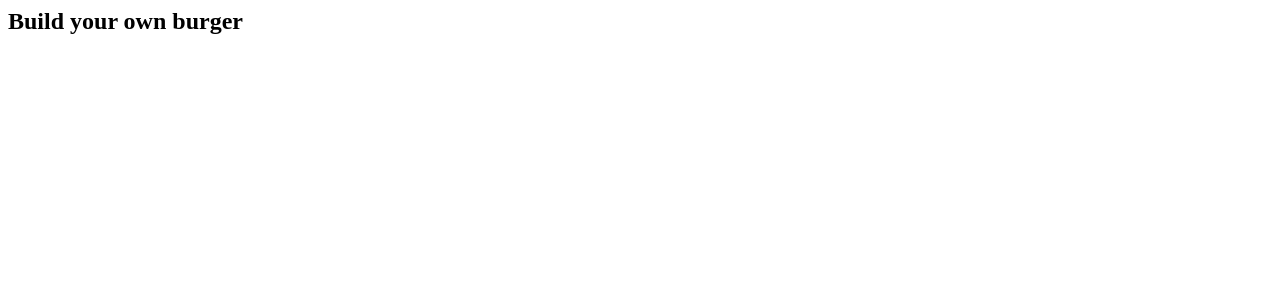
Repository: allankchow/big-boy-burgers
Page: http://localhost/template-parts/home/content-two_cards.php
The author's editor kept a copy of each file at every save. The page is drawn from the files as they stood at one save, then again after the next save.
The browser window is 1280 px wide. The pictures show the whole page.
The page is run by PHP 8.4 with error messages shown; the project is at /var/www/html/.

Above is the page before, as saved 2024-04-22 22:06:39.

### template-parts/home/content-two_cards.php
<div class="container cards-wrapper">
    <div class="card card-1">
        <div class="card-image"></div>
        <h2>Build your own burger</h2>

    </div>
    <div class="card card-2"></div>
</div>

After the next save:
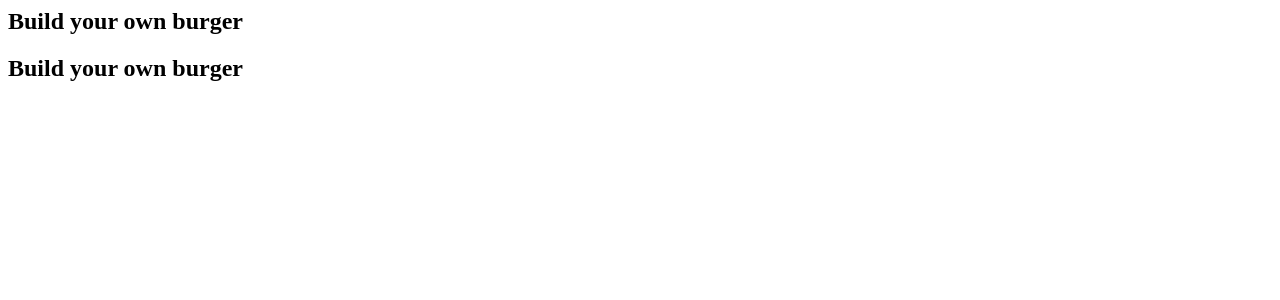
Saved 69 s later.
--- a/template-parts/home/content-two_cards.php
+++ b/template-parts/home/content-two_cards.php
@@ -1,8 +1,10 @@
 <div class="container cards-wrapper">
-    <div class="card card-1">
-        <div class="card-image"></div>
+    <div class="card">
+        <div class="card-image card-image-1"></div>
         <h2>Build your own burger</h2>
-
     </div>
-    <div class="card card-2"></div>
+    <div class="card">
+        <div class="card-image card-image-2"></div>
+        <h2>Build your own burger</h2>
+    </div>
 </div>
